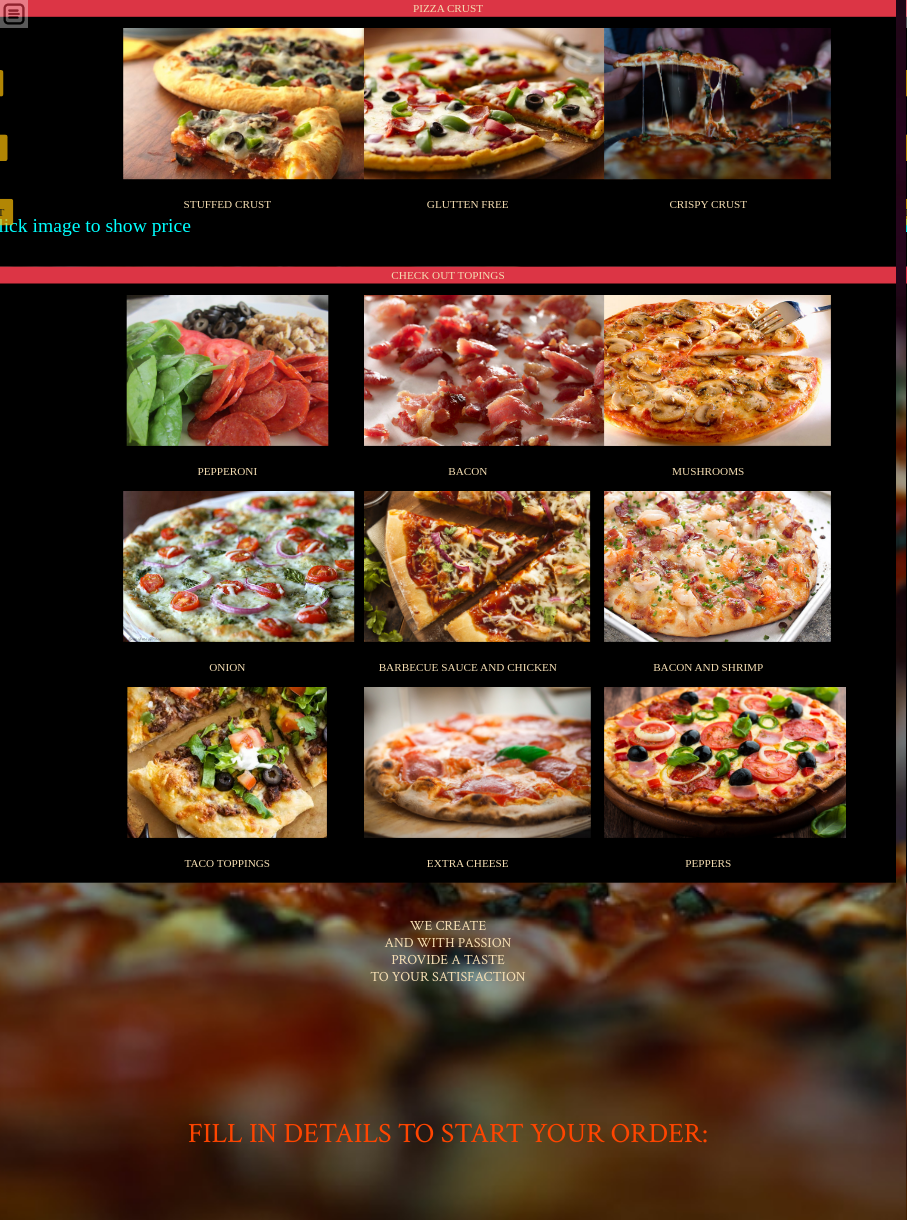
Repository: alexmwaura/MOREO--PIZZA-IP4
Page: mine.html
An editor plug-in stored every save of this project. The page is shown before and after a run of saves, followed by the edit.
The browser window is 1280 px wide. The page is 1295 px wide, so the pictures cover 1295 px, including what lies to the right of the window. The pictures show the whole page, at 70% of full size.
Some web fonts or font styles are not loaded; a fallback is used.

Above is the page before, as saved 2019-09-01 14:46:27.

### mine.html
<!DOCTYPE html>
<html lang="en">

<head>
    <meta charset="UTF-8">
    <meta name="viewport" content="width=device-width, initial-scale=1.0">
    <meta http-equiv="X-UA-Compatible" content="ie=edge">

    <title> MOREO RESTAURANT</title>

    <link href="https://fonts.googleapis.com/css?family=Kaushan+Script&display=swap" rel="stylesheet">
    <link href="https://fonts.googleapis.com/css?family=Pacifico|Rancho&display=swap" rel="stylesheet">
    <link href="https://fonts.googleapis.com/css?family=Crimson+Text&display=swap" rel="stylesheet">

    <link rel="stylesheet" href="./CSS/bootstrap.css">
    <link rel="stylesheet" href="./CSS/styles.css">
    <script src="./SCRIPTS/jquery-3.4.1.js"></script>
    <script src="./SCRIPTS/scripts.js"></script>
</head>

<body>
    <nav>
        <a href="#" class="nav-toggle-btn bg-success"></a>
        <ul>
            <li><a href="./index.html" class="btn bg-warning" style="margin-left: -14%">HOME</a></li><br><br>
            <li><a href="#pizza" class="btn bg-warning" style="margin-left: -15%">ORDER</a></li><br><br>
            <li><a href="#nav" class="btn bg-warning" style="margin-left: -35%">CONTACT</a></li>
        </ul>
    </nav>

    <div class="content">


        <div class="address">
            <div class="">

                <div class="bg-danger" id="pizza-crust">
                    <p>PIZZA CRUST</p>

                </div>

                <div class="row">

                    &nbsp;&nbsp;&nbsp;&nbsp;&nbsp;&nbsp;&nbsp;&nbsp;&nbsp;&nbsp;&nbsp;&nbsp;&nbsp;&nbsp;&nbsp;&nbsp;&nbsp;&nbsp;&nbsp;&nbsp;&nbsp;&nbsp;&nbsp;&nbsp;&nbsp;&nbsp;&nbsp;&nbsp;&nbsp;&nbsp;&nbsp;&nbsp;&nbsp;&nbsp;&nbsp;&nbsp;&nbsp;&nbsp;&nbsp;&nbsp;&nbsp;&nbsp;&nbsp;&nbsp;

                    <div class="col-lg-3 col-md-3 col-sm-3">
                        <div id="work1">
                            <img src="./IMAGES/staffedcrust.jpg" alt="" class="img-fluid-1"><br><br>

                            <div class="overlay">
                                <div class="line">
                                    <p class="trial1">STUFFED CRUST</p>
                                    <p class="p1">
                                        <h5 class="p1"><strong> PRICE: <br>
                                            <em>SMALL; KSH 100</em><br>
                                            <em>MEDIUM; KSH 150</em><br>
                                            <em>LARGE; KSH 200</em>
                                        </strong></h5>
                                    </p>

                                </div>

                            </div>

                        </div>



                    </div>
                    &nbsp;&nbsp;&nbsp;&nbsp;

                    <div class="col-lg-3 col-md-3 col-sm-3">
                        <div id="work2">
                            <img src="./IMAGES/gluttenfree.jpg" alt="" class="img-fluid-2"><br><br>

                            <div class="overlay">
                                <div class="line">
                                    <p class="trial2">GLUTTEN FREE </p>
                                    <p class="p1">
                                        <h5 class="p1"><strong> PRICE: <br>
                                            <em>SMALL; KSH 100</em><br>
                                            <em>MEDIUM; KSH 150</em><br>
                                            <em>LARGE; KSH 200</em>
                                        </strong></h5>
                                    </p>



                                </div>

                            </div>

                        </div>

                    </div>

                    &nbsp;&nbsp;&nbsp;&nbsp;


                    <div class="col-lg-3 col-md-3 col-sm-3">
                        <div id="work3">
                            <img src="./IMAGES/1.jpeg" alt="" class="img-fluid-3 "><br><br>

                            <div class="overlay">
                                <div class="line">
                                    <p class="trial3">CRISPY CRUST</p>
                                    <p class="p1">
                                        <h5 class="p1"><strong> PRICE: <br>
                                            <em>SMALL; KSH 100</em><br>
                                            <em>MEDIUM; KSH 150</em><br>
                                            <em>LARGE; KSH 200</em>
                                        </strong></h5>
                                    </p>


                                </div>

                            </div>

                        </div>

                    </div>

                    <div class="form-group">
                        <h3 style="color: aqua" style="font-size: 10vh" class="price"> click image to show price</h3>
                    </div>


                </div>

            </div>

        </div>



        <div class="dance">

            <div class="">

                <div class="bg-danger" id="pizza-toppings">
                    <p>CHECK OUT TOPINGS</p>

                </div>

                <div class="row">

                    &nbsp;&nbsp;&nbsp;&nbsp;&nbsp;&nbsp;&nbsp;&nbsp;&nbsp;&nbsp;&nbsp;&nbsp;&nbsp;&nbsp;&nbsp;&nbsp;&nbsp;&nbsp;&nbsp;&nbsp;&nbsp;&nbsp;&nbsp;&nbsp;&nbsp;&nbsp;&nbsp;&nbsp;&nbsp;&nbsp;&nbsp;&nbsp;&nbsp;&nbsp;&nbsp;&nbsp;&nbsp;&nbsp;&nbsp;&nbsp;&nbsp;&nbsp;&nbsp;&nbsp;

                    <div class="col-lg-3 col-md-3 col-sm-3">
                        <div id="work4">
                            <img src="./IMAGES/pepporoni.jpg" alt="" class="img-fluid-4"><br><br>

                            <div class="overlay">
                                <div class="line">
                                    <p class="trial4">PEPPERONI</p>
                                    <p class="p1">
                                        <h5 class="p1"><strong> PRICE: <br>
                                            <em>SMALL; KSH 100</em><br>
                                            <em>MEDIUM; KSH 150</em><br>
                                            <em>LARGE; KSH 200</em>
                                        </strong></h5>
                                    </p>


                                </div>

                            </div>

                        </div>

                    </div>




                    &nbsp;&nbsp;&nbsp;&nbsp;


                    <div class="col-lg-3 col-md-3 col-sm-3">
                        <div id="work5">
                            <img src="./IMAGES/bacon.jpg" alt="" class="img-fluid-5"><br><br>

                            <div class="overlay">
                                <div class="line">
                                    <p class="trial5">BACON </p>
                                    <p class="p1">
                                        <h5 class="p1"><strong> PRICE: <br>
                                            <em>SMALL; KSH 100</em><br>
                                            <em>MEDIUM; KSH 150</em><br>
                                            <em>LARGE; KSH 200</em>
                                        </strong></h5>
                                    </p>


                                </div>

                            </div>

                        </div>

                    </div>

                    &nbsp;&nbsp;&nbsp;&nbsp;


                    <div class="col-lg-3 col-md-3 col-sm-3">
                        <div id="work6">
                            <img src="./IMAGES/mushroom2.jpg" alt="" class="img-fluid-6"><br><br>

                            <div class="overlay">
                                <div class="line">
                                    <p class="trial6">MUSHROOMS</p>
                                    <p class="p1">
                                        <h5 class="p1"><strong> PRICE: <br>
                                            <em>SMALL; KSH 100</em><br>
                                            <em>MEDIUM; KSH 150</em><br>
                                            <em>LARGE; KSH 200</em>
                                        </strong></h5>
                                    </p>


                                </div>

                            </div>

                        </div>

                    </div>



                </div>

                <div class="row">

                    &nbsp;&nbsp;&nbsp;&nbsp;&nbsp;&nbsp;&nbsp;&nbsp;&nbsp;&nbsp;&nbsp;&nbsp;&nbsp;&nbsp;&nbsp;&nbsp;&nbsp;&nbsp;&nbsp;&nbsp;&nbsp;&nbsp;&nbsp;&nbsp;&nbsp;&nbsp;&nbsp;&nbsp;&nbsp;&nbsp;&nbsp;&nbsp;&nbsp;&nbsp;&nbsp;&nbsp;&nbsp;&nbsp;&nbsp;&nbsp;&nbsp;&nbsp;&nbsp;&nbsp;

                    <div class="col-lg-3 col-md-3 col-sm-3">
                        <div id="work7">
                            <img src="./IMAGES/onions.jpg" alt="" class="img-fluid-7"><br><br>

                            <div class="overlay">
                                <div class="line">
                                    <p class="trial4">ONION</p>
                                    <p class="p1">
                                        <h5 class="p1"><strong> PRICE: <br>
                                            <em>SMALL; KSH 100</em><br>
                                            <em>MEDIUM; KSH 150</em><br>
                                            <em>LARGE; KSH 200</em>
                                        </strong></h5>
                                    </p>


                                </div>

                            </div>

                        </div>

                    </div>




                    &nbsp;&nbsp;&nbsp;&nbsp;


                    <div class="col-lg-3 col-md-3 col-sm-3">
                        <div id="work8">
                            <img src="./IMAGES/barbecue.jpg" alt="" class="img-fluid-8"><br><br>

                            <div class="overlay">
                                <div class="line">
                                    <p class="trial5">BARBECUE SAUCE AND CHICKEN </p>
                                    <p class="p1">
                                        <h5 class="p1"><strong> PRICE: <br>
                                            <em>SMALL; KSH 100</em><br>
                                            <em>MEDIUM; KSH 150</em><br>
                                            <em>LARGE; KSH 200</em>
                                        </strong></h5>
                                    </p>


                                </div>

                            </div>

                        </div>

                    </div>

                    &nbsp;&nbsp;&nbsp;&nbsp;


                    <div class="col-lg-3 col-md-3 col-sm-3">
                        <div id="work9">
                            <img src="./IMAGES/shrimp.jpg" alt="" class="img-fluid-9"><br><br>

                            <div class="overlay">
                                <div class="line">
                                    <p class="trial6">BACON AND SHRIMP</p>
                                    <p class="p1">
                                        <h5 class="p1"><strong> PRICE: <br>
                                            <em>SMALL; KSH 100</em><br>
                                            <em>MEDIUM; KSH 150</em><br>
                                            <em>LARGE; KSH 200</em>
                                        </strong></h5>
                                    </p>


                                </div>

                            </div>

                        </div>

                    </div>



                </div>


                <div class="row">

                    &nbsp;&nbsp;&nbsp;&nbsp;&nbsp;&nbsp;&nbsp;&nbsp;&nbsp;&nbsp;&nbsp;&nbsp;&nbsp;&nbsp;&nbsp;&nbsp;&nbsp;&nbsp;&nbsp;&nbsp;&nbsp;&nbsp;&nbsp;&nbsp;&nbsp;&nbsp;&nbsp;&nbsp;&nbsp;&nbsp;&nbsp;&nbsp;&nbsp;&nbsp;&nbsp;&nbsp;&nbsp;&nbsp;&nbsp;&nbsp;&nbsp;&nbsp;&nbsp;&nbsp;

                    <div class="col-lg-3 col-md-3 col-sm-3">
                        <div id="work10">
                            <img src="./IMAGES/taco.jpg" alt="" class="img-fluid-10"><br><br>

                            <div class="overlay">
                                <div class="line">
                                    <p class="trial4">TACO TOPPINGS</p>
                                    <p class="p1">
                                        <h5 class="p1"><strong> PRICE: <br>
                                            <em>SMALL; KSH 100</em><br>
                                            <em>MEDIUM; KSH 150</em><br>
                                            <em>LARGE; KSH 200</em>
                                        </strong></h5>
                                    </p>


                                </div>

                            </div>

                        </div>

                    </div>




                    &nbsp;&nbsp;&nbsp;&nbsp;


                    <div class="col-lg-3 col-md-3 col-sm-3">
                        <div id="work11">
                            <img src="./IMAGES/cheese 2.jpg" alt="" class="img-fluid-11"><br><br>

                            <div class="overlay">
                                <div class="line">
                                    <p class="trial5">EXTRA CHEESE </p>
                                    <p class="p1">
                                        <h5 class="p1"><strong> PRICE: <br>
                                            <em>SMALL; KSH 100</em><br>
                                            <em>MEDIUM; KSH 150</em><br>
                                            <em>LARGE; KSH 200</em>
                                        </strong></h5>
                                    </p>


                                </div>

                            </div>

                        </div>

                    </div>

                    &nbsp;&nbsp;&nbsp;&nbsp;


                    <div class="col-lg-3 col-md-3 col-sm-3">
                        <div id="work12">
                            <img src="./IMAGES/pepper.jpg" alt="" class="img-fluid-12"><br><br>

                            <div class="overlay">
                                <div class="line">
                                    <p class="trial6">PEPPERS</p>
                                    <p class="p1">
                                        <h5 class="p1"><strong> PRICE: <br>
                                            <em>SMALL; KSH 100</em><br>
                                            <em>MEDIUM; KSH 150</em><br>
                                            <em>LARGE; KSH 200</em>
                                        </strong></h5>
                                    </p>


                                </div>

                            </div>

                        </div>

                    </div>



                </div>


            </div>





        </div>

        <div id="trial">


            <div id="pizza">
                <h2 class="pizza">WE CREATE <br>AND WITH PASSION <br> PROVIDE A TASTE <br> TO YOUR SATISFACTION</h2>
                <br><br>
                <h1>FILL IN DETAILS TO START YOUR ORDER:</h1>


            </div><br><br>



        </div>








    </div>
















</body>

### CSS/styles.css

body{
    background-image: url("../IMAGES/1.jpeg");
    background-repeat: no-repeat;
    background-size: cover;
    background-position: center;
    color: wheat;
    font-family: 'Pacifico', cursive;
    font-family: 'Rancho', cursive;
    margin: 0;
    padding: 0;

}
nav {
    position: fixed;
    z-index: 500;
    top: 0%;
    bottom: 0;
    width: 100px;
    background-image: url("../IMAGES/tukule.jpg");
    background-repeat: no-repeat;
    background-size: cover;
    background-position: center;
    transform: translate3d(-100px, 0, 0);
    transition: transform 0.4s ease;
    font-size: large;
    opacity: 0.7;
}
.active-nav nav{
    transform: translate3d(0, 0, 0)
}

nav ul {

    margin-top: 100px;
}
.nav-toggle-btn{

    position: absolute;
    left: 100px;
    width: 40px;
    height: 40px;
    background-image: url("../IMAGES/images.png");
    background-repeat: no-repeat;
    background-size: cover;
    background-position: center;
    top: 0;
    opacity: 0.5;
}
.content{
    padding: 0;
    margin: 0%;
    height: fit-content;
    text-align: center;
    text-align-last: fixed;
    transition: transform 0.4s ease;
}
.active-nav .content{
    transform: translate3d(200px, 0, 0);
}
.wcome{
    font-size: 100px;
}
.ret{
    font-size: 80px;
}
.home{

    position: absolute center;
    margin-top: -100px;
    padding: 0%;
}
h1{
    font-size: 40px;
    animation: bounce 3s infinite;
    color: orangered;
    margin-top: 10%;
    font-family: 'Crimson Text', serif;

}
@keyframes bounce {

    0%, 20%, 50%, 80%, 100%{
        transform: translateY(0);
    }
    40% {
        transform: translateY(-55px);
    }
    60% {
        transform: translateY(-45px);
    }

}
.to{
    font-size: 30px;
    animation: bounce 3s infinite;
    color: wheat;
    margin-top: -0.01%;
}
@keyframes bounce {

    0%, 20%, 50%, 80%, 100%{
        transform: translateY(0);
    }
    40% {
        transform: translateY(-55px);
    }
    60% {
        transform: translateY(-45px);
    }

}
.price{

    animation: bounce 3s infinite;
    margin-top: 0.5vh;
}
@keyframes bounce {

    0%, 20%, 50%, 80%, 100%{
        transform: translateY(0);
    }
    40% {
        transform: translateY(-55px);
    }
    60% {
        transform: translateY(-45px);
    }

}

.address{
    text-align: center;
    align-content: center;
    position: center;
    background: black;
    background-size: cover;
    background-position: center;

}
.dance{
    text-align: center;
    align-content: center;
    position: center;
    background: black;
    background-size: cover;
    background-position: center;

}
.img-fluid-1{
    height: 30vh;
    justify-content: space-around;

}
.img-fluid-2{
    height: 30vh;

}
.img-fluid-3{
    height: 30vh;

}
.img-fluid-4{
    height: 30vh;

}
.img-fluid-5{
    height: 30vh;

}
.img-fluid-6{
    height: 30vh;

}
.img-fluid-7{
    height: 30vh;

}
.img-fluid-8{
    height: 30vh;

}
.img-fluid-9{
    height: 30vh;

}
.img-fluid-10{
    height: 30vh;

}
.img-fluid-11{
    height: 30vh;

}
.img-fluid-12{
    height: 30vh;

}
.pizza{
    margin-top: 10px;
    font-family: 'Crimson Text', serif;
    font-size: 20PX;
}
#pizza{
    padding-top: 0%;
    margin: 0%;
    justify-content: flex-end;
}
#trial{
    padding-top: 40px;
    font-size: x-large;
}

/* #work1:hover img {
    transform: scale(0.5) ;
    transition: all 50s ease;
} */

/* #work2:hover img {
    transform: scale(1.2) ;
    transition: all 2s ease;
}
#work3:hover img {
    transform: scale(1.2) ;
    transition: all 2s ease;
}
#work4:hover img {
    transform: scale(1.2) ;
    transition: all 2s ease;
}

#work5:hover img {
    transform: scale(1.2) ;
    transition: all 2s ease;
}
#work6:hover img {
    transform: scale(1.2) ;
    transition: all 2s ease;
}
#work7:hover img {
    transform: scale(1.2) ;
    transition: all 2s ease;
}
#work8:hover img {
    transform: scale(1.2) ;
    transition: all 2s ease;
}
#work9:hover img {
    transform: scale(1.2) ;
    transition: all 2s ease;
}
#work10:hover img {
    transform: scale(1.2) ;
    transition: all 2s ease;
}
#work11:hover img {
    transform: scale(1.2) ;
    transition: all 2s ease;
}
#work12:hover img {
    transform: scale(1.2) ;
    transition: all 2s ease;
} */
.p1{
    display: none;
}

### SCRIPTS/scripts.js
$(function () {
    var bodyEl = $('body'),
        navToggleBtn = bodyEl.find('.nav-toggle-btn');

    navToggleBtn.on('click', function () {
        bodyEl.toggleClass('active-nav');

        event.preventDefault();
    });
});
$(document).ready(function () {
    $("#work1").click(function () {
        $(".img-fluid-1").toggle(1000);
        $(".p1").toggle(1000);


    });
    $("#work2").click(function () {
        $(".img-fluid-2").toggle(1000);
        $(".p2").toggle(1000);


    });
    $("#work3").click(function () {
        $(".img-fluid-3").toggle(1000);
        $(".p3").toggle(1000);


    });
    $("#work4").click(function () {
        $(".img-fluid-4").toggle(1000);
        $(".p4").toggle(1000);


    });
    $("#work5").click(function () {
        $(".img-fluid-5").toggle(1000);
        $(".p5").toggle(1000);


    });
    $("#work6").click(function () {
        $(".img-fluid-6").toggle(1000);
        $(".p6").toggle(1000);


    });
    $("#work7").click(function () {
        $(".img-fluid-7").toggle(1000);
        $(".p7").toggle(1000);


    });
    $("#work8").click(function () {
        $(".img-fluid-8").toggle(1000);
        $(".p8").toggle(1000);


    });
    $("#work9").click(function () {
        $(".img-fluid-9").toggle(1000);
        $(".p9").toggle(1000);


    });
    $("#work10").click(function () {
        $(".img-fluid-10").toggle(1000);
        $(".p10").toggle(1000);


    });
    $("#work11").click(function () {
        $(".img-fluid-11").toggle(1000);
        $(".p11").toggle(1000);


    });
    $("#work12").click(function () {
        $(".img-fluid-12").toggle(1000);
        $(".p12").toggle(1000);


    });





});

Loaded but not shown: CSS/bootstrap.css (library); SCRIPTS/jquery-3.4.1.js (library)

After the next 2 saves:
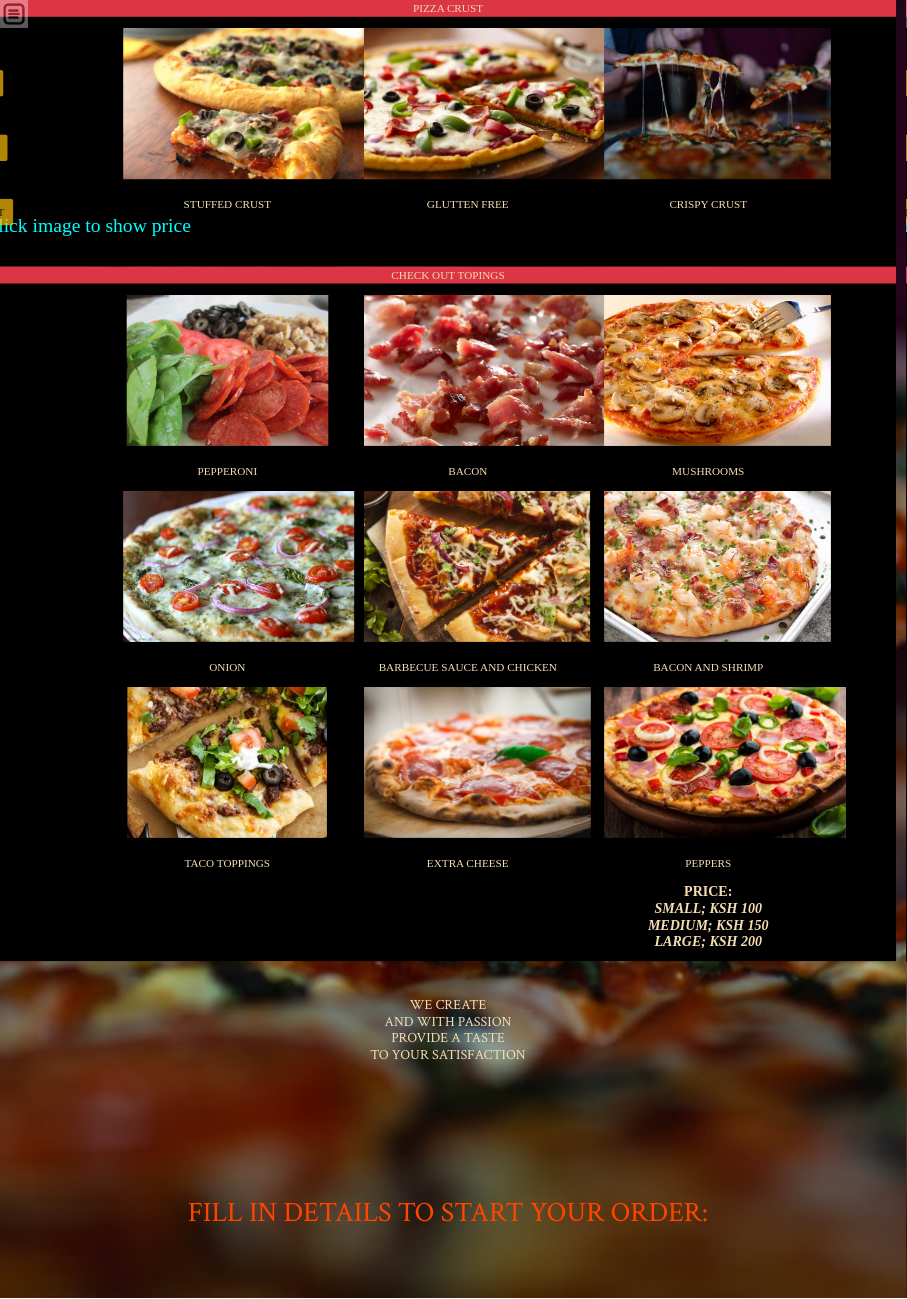
The 2 saves are shown as one change because they came seconds apart.
The last was saved 9 s later.
--- a/mine.html
+++ b/mine.html
@@ -390,8 +390,8 @@
                             <div class="overlay">
                                 <div class="line">
                                     <p class="trial6">PEPPERS</p>
-                                    <p class="p1">
-                                        <h5 class="p1"><strong> PRICE: <br>
+                                    <p class="p12">
+                                        <h5 class="p12"><strong> PRICE: <br>
                                             <em>SMALL; KSH 100</em><br>
                                             <em>MEDIUM; KSH 150</em><br>
                                             <em>LARGE; KSH 200</em>
